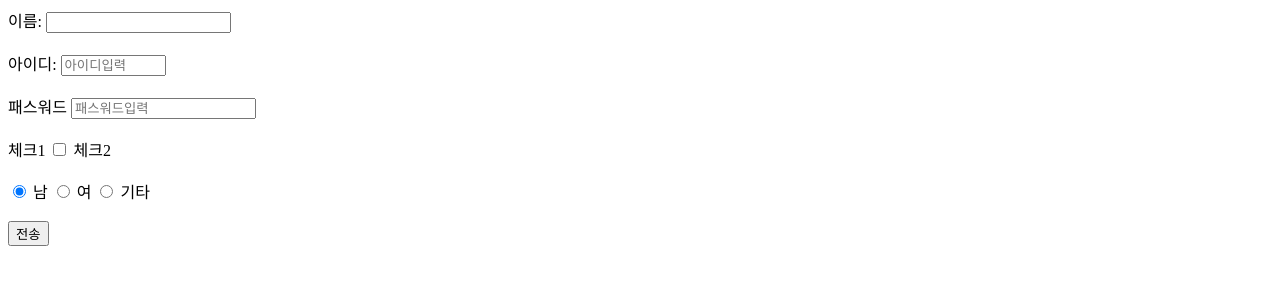
Repository: jihoonys82/weblec
Page: Front/WebContent/Ex01_HTML_tag/tagEx_09.html
The author's editor kept a copy of each file at every save. The page is drawn from the files as they stood at one save, then again after the next save.
The browser window is 1280 px wide. The pictures show the whole page.

Above is the page before, as saved 2018-07-24 10:23:18.

### Front/WebContent/Ex01_HTML_tag/tagEx_09.html
<!DOCTYPE html>
<html>
<head>
<meta charset="UTF-8">
<title>Insert title here</title>


</head>
<body>

<div>

<form action="#" method="get">
	<label>이름:	<input type="text" name="name" /></label>
	<br><br>
	<label for="uId">아이디:</label>
	<input type="text" id="uId" name="userId" size="10" placeholder="아이디입력"/>
	<br><br>

	<label for="userPwd">패스워드</label>
	<input type="password" id="userPwd" name="userPwd" placeholder="패스워드입력" />
	<br><br>

	<label for="chkBox">체크1</label>
	<input type="checkbox" id="chkBox" name="chkBox" />
	<label for="chkBox">체크2</label>
	<!-- Send chkBox=on as QueryString when the chkBox is Checked only.  -->
	<br><br>

	<input type="radio" name="gender" value="m" checked="checked" /> 남
	<input type="radio" name="gender" value="f" /> 여
	<input type="radio" name="gender" value="o" /> 기타
	<!-- radio type name are same, those are grouped and send selected button's value  -->
	<!-- selected nothing, no data is not sent. (but normally it is used for required field.  -->
	<br><br>

	<input type="submit" value="전송" />
</form>

</div>

</body>
</html>

After the next save:
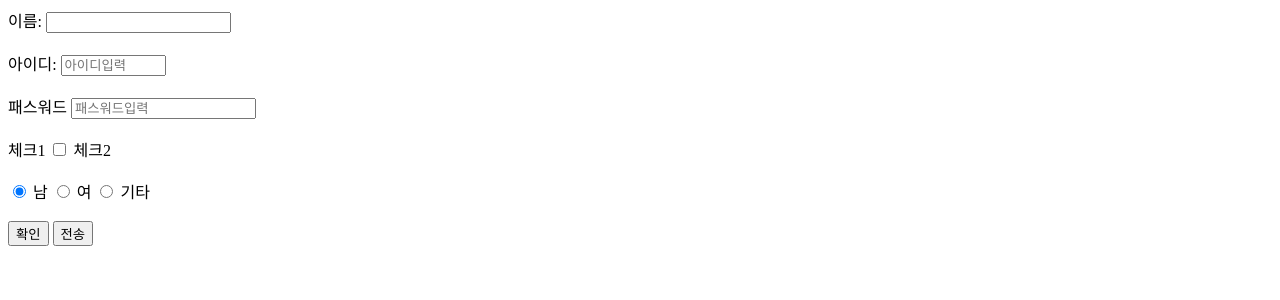
Saved 59 s later.
--- a/Front/WebContent/Ex01_HTML_tag/tagEx_09.html
+++ b/Front/WebContent/Ex01_HTML_tag/tagEx_09.html
@@ -31,8 +31,10 @@
 	<input type="radio" name="gender" value="f" /> 여
 	<input type="radio" name="gender" value="o" /> 기타
 	<!-- radio type name are same, those are grouped and send selected button's value  -->
-	<!-- selected nothing, no data is not sent. (but normally it is used for required field.  -->
+	<!-- selected nothing, no data is not sent. (but normally it is used for required field. -->
 	<br><br>
+
+	<input type="button" id="btnOk" value="확인" />
 
 	<input type="submit" value="전송" />
 </form>
